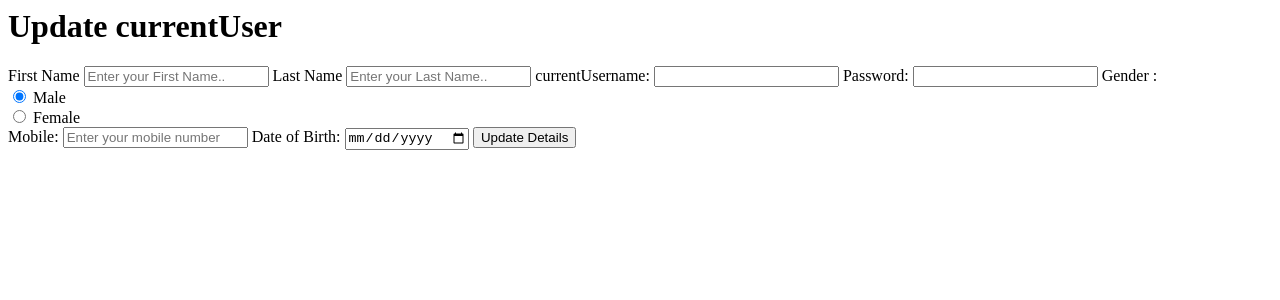
Repository: yogenderupadhyay/Project-2
Page: LetsTalkFrontend/WebContent/c_user/UpdateProfile.html
An editor plug-in stored every save of this project. The page is shown before and after the next save, followed by the edit.
The browser window is 1280 px wide. The pictures show the whole page.

Above is the page before, as saved 2018-07-26 14:30:40.

After the next save:
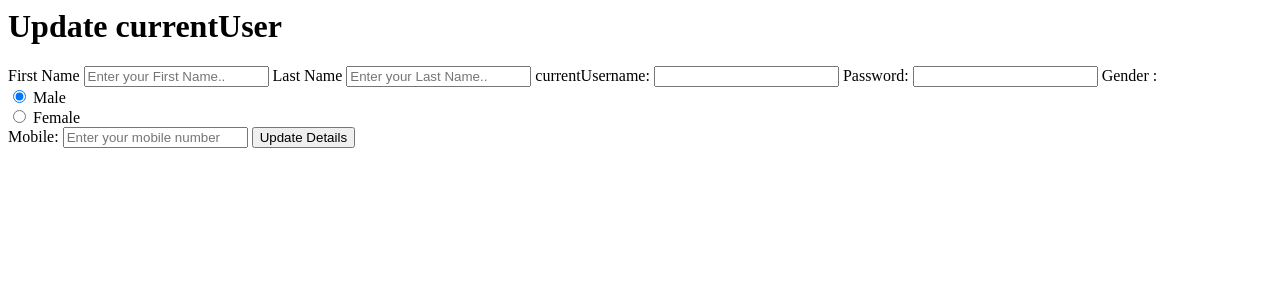
Saved 6 min 34 s later.
--- a/LetsTalkFrontend/WebContent/c_user/UpdateProfile.html
+++ b/LetsTalkFrontend/WebContent/c_user/UpdateProfile.html
@@ -31,8 +31,8 @@
 							class="form-control"  data-ng-model="currentUser.mobile"
 							placeholder="Enter your mobile number" name="mobile">
 
-						<label>Date of Birth:</label> <input type="date"
-							class="form-control" data-ng-model="{{currentUser.d_o_b}}" placeholder="mm/dd/yy" name="dob">
+						<!-- <label>Date of Birth:</label> <input type="date"
+							class="form-control" data-ng-model="{{currentUser.d_o_b}}" placeholder="mm/dd/yy" name="dob"> -->
 
 					<button type="button" data-ng-click="updateUserDetails(currentUser)"
 						class="btn btn-lg btn-info center">Update Details</button>
